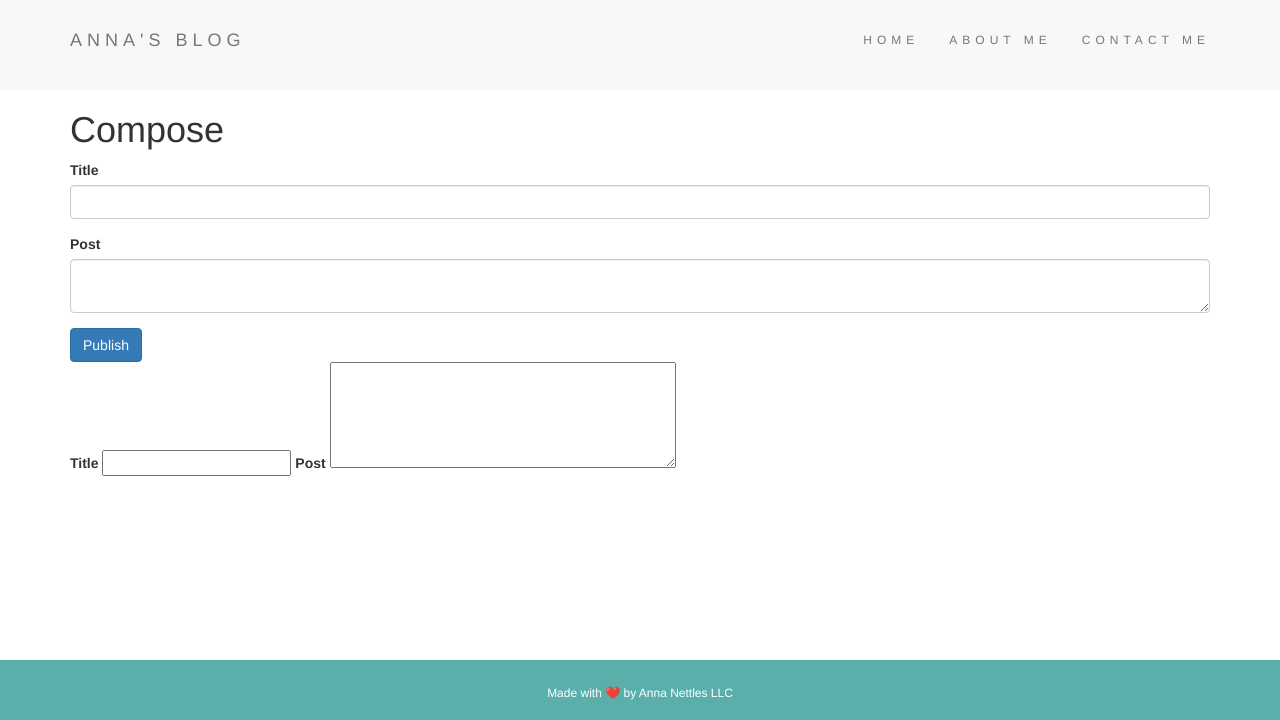
Repository: thecoachanna/blog
Page: http://localhost/compose
An editor plug-in stored every save of this project. The page is shown before and after the next save, followed by the edit.
The browser window is 1280 px wide. The pictures show the whole page.
The page is served by the project's Node server (app.js).

Above is the page before, as saved 2023-05-10 07:31:47.

### views/compose.ejs
<%- include("partials/header.ejs") %>

    <h1>Compose</h1>
    <form action="/compose" method="post">
        <div class="form-group">
          <label for="blogTitle">Title</label>
          <input type="text" name="postTitle" class="form-control" id="" autocomplete="off">

        </div>
        <div class="form-group">
          <label for="blogPost">Post</label>
          <textarea type="text" class="form-control" id="" name="post"></textarea>
        </div>

        <button type="submit" name="button" class="btn btn-primary">Publish</button>
      </form>

        <label for="title">Title</label>
        <input type="text" name="postTitle" autocomplete="off">

        <label for="post">Post</label>
        <textarea type="text" name="post" cols="40" rows="5"></textarea>



<%- include("partials/footer.ejs") %>

### views/partials/header.ejs
<!DOCTYPE html>
<html lang="en" dir="ltr">

<head>
  <meta charset="utf-8">
  <title>Anna's Blog</title>
  <meta charset="utf-8">
  <link rel="stylesheet" href="https://maxcdn.bootstrapcdn.com/bootstrap/3.3.7/css/bootstrap.min.css">
  <link rel="stylesheet" href="/css/styles.css">
  <nav class="navbar navbar-default">
    <div class="container">
      <div class="navbar-header">
        <p class="navbar-brand">ANNA'S BLOG</p>
      </div>
        <ul class="nav navbar-nav navbar-right">
          <!-- 6 -->
          <li id="home"><a href="/">HOME</a></li>
          <li id="about"><a href="/about">ABOUT ME</a></li>
          <li id="contact"><a href="/contact">CONTACT ME</a></li>
        </ul>
    </div>
  </nav>

  <body>
    <div class="container">

### views/partials/footer.ejs

</div>
<div class="footer-padding"></div>
  <div class="footer">
    <p>Made with ❤️ by Anna Nettles LLC</p>
  </div>
</div>
</body>
</html>

### app.js
//jshint esversion:6

const express = require("express");
const bodyParser = require("body-parser");
const ejs = require("ejs");

const homeStartingContent = "Lacus vel facilisis volutpat est velit egestas dui id ornare. Semper auctor neque vitae tempus quam. Sit amet cursus sit amet dictum sit amet justo. Viverra tellus in hac habitasse. Imperdiet proin fermentum leo vel orci porta. Donec ultrices tincidunt arcu non sodales neque sodales ut. Mattis molestie a iaculis at erat pellentesque adipiscing. Magnis dis parturient montes nascetur ridiculus mus mauris vitae ultricies. Adipiscing elit ut aliquam purus sit amet luctus venenatis lectus. Ultrices vitae auctor eu augue ut lectus arcu bibendum at. Odio euismod lacinia at quis risus sed vulputate odio ut. Cursus mattis molestie a iaculis at erat pellentesque adipiscing.";
const aboutContent = "Hac habitasse platea dictumst vestibulum rhoncus est pellentesque. Dictumst vestibulum rhoncus est pellentesque elit ullamcorper. Non diam phasellus vestibulum lorem sed. Platea dictumst quisque sagittis purus sit. Egestas sed sed risus pretium quam vulputate dignissim suspendisse. Mauris in aliquam sem fringilla. Semper risus in hendrerit gravida rutrum quisque non tellus orci. Amet massa vitae tortor condimentum lacinia quis vel eros. Enim ut tellus elementum sagittis vitae. Mauris ultrices eros in cursus turpis massa tincidunt dui.";
const contactContent = "Scelerisque eleifend donec pretium vulputate sapien. Rhoncus urna neque viverra justo nec ultrices. Arcu dui vivamus arcu felis bibendum. Consectetur adipiscing elit duis tristique. Risus viverra adipiscing at in tellus integer feugiat. Sapien nec sagittis aliquam malesuada bibendum arcu vitae. Consequat interdum varius sit amet mattis. Iaculis nunc sed augue lacus. Interdum posuere lorem ipsum dolor sit amet consectetur adipiscing elit. Pulvinar elementum integer enim neque. Ultrices gravida dictum fusce ut placerat orci nulla. Mauris in aliquam sem fringilla ut morbi tincidunt. Tortor posuere ac ut consequat semper viverra nam libero.";

const app = express();

app.set('view engine', 'ejs');

app.use(bodyParser.urlencoded({extended: true}));
app.use(express.static("public"));

// Home Page
app.get('/', (req, res) => {
  res.render('home', { startingContent: homeStartingContent })
})

// About Page
app.get('/about', (req, res) => {
  res.render('about', { about: aboutContent })
})

// Contact Page
app.get('/contact', (req, res) => {
  res.render('contact', { contact: contactContent })
})

// Compose Page - GET
app.get('/compose', (req, res) => {
  res.render('compose')
})

// Compose Page - POST
app.post('/compose', (req, res) => {
  let newBlog = req.body.blog
  console.log(newBlog)
  res.render('compose')
})











app.listen(3000, function() {
  console.log("Server started on port 3000");
});

### public/css/styles.css
.container-fluid {
    padding-top: 70px;
    padding-bottom: 70px;
}
.navbar {
    padding-top: 15px;
    padding-bottom: 15px;
    border: 0;
    border-radius: 0;
    margin-bottom: 0;
    font-size: 12px;
    letter-spacing: 5px;
}
.navbar-nav  li a:hover {
    color: #5AAFAA !important;
}

.footer-padding {
	padding-bottom: 60px;
}

.footer {
	position: absolute;
	text-align: center;
	bottom: 0;
	width: 100%;
	height: 60px;
	background-color: #5AAFAA;
}

.footer p {
	margin-top: 25px;
	font-size: 12px;
  color: #fff;
}

After the next save:
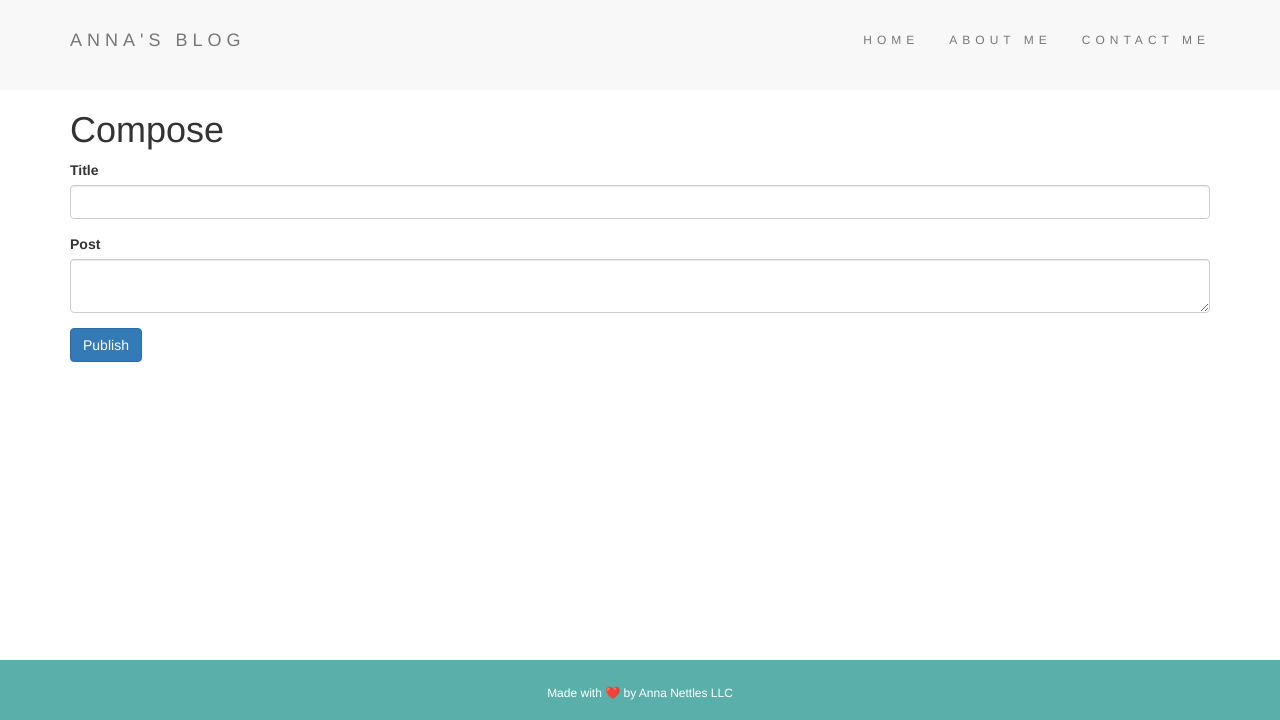
Saved 23 s later.
--- a/views/compose.ejs
+++ b/views/compose.ejs
@@ -15,12 +15,6 @@
         <button type="submit" name="button" class="btn btn-primary">Publish</button>
       </form>
 
-        <label for="title">Title</label>
-        <input type="text" name="postTitle" autocomplete="off">
-
-        <label for="post">Post</label>
-        <textarea type="text" name="post" cols="40" rows="5"></textarea>
-
 
 
 <%- include("partials/footer.ejs") %>
